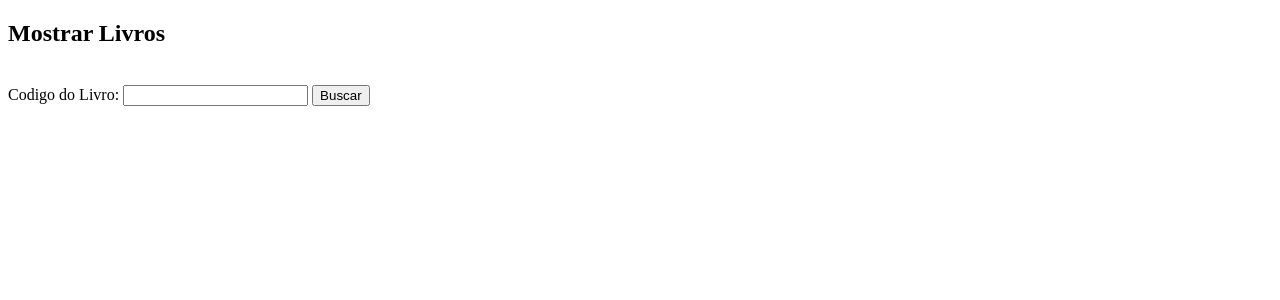
Repository: SrtaVerdant/projeto-livraria
Page: http://localhost/ProjetoLivraria/pesquisaLivroPorId.jsp
The author's editor kept a copy of each file at every save. The page is drawn from the files as they stood at one save, then again after the next save.
The browser window is 1280 px wide. The pictures show the whole page.
The page is served by Tomcat 9. Other server files are loaded and not shown.

Above is the page before, as saved 2022-10-30 14:54:32.

### ProjetoLivraria/src/main/webapp/pesquisaLivroPorId.jsp
<%@ page language="java" contentType="text/html; charset=UTF-8"
    pageEncoding="UTF-8"%>
<!DOCTYPE html>
<html>
<head>
<meta charset="UTF-8">
<title>Pesquisar por ID</title>
</head>
<body>
	<h2> Mostrar Livros</h2><br>
	<form action="mostrarLivros">
	<label> Codigo do Livro:</label>
	<input type="text" name="codLivro">
	<button type="submit">Buscar</button>

	</form>
</body>
</html>

After the next save:
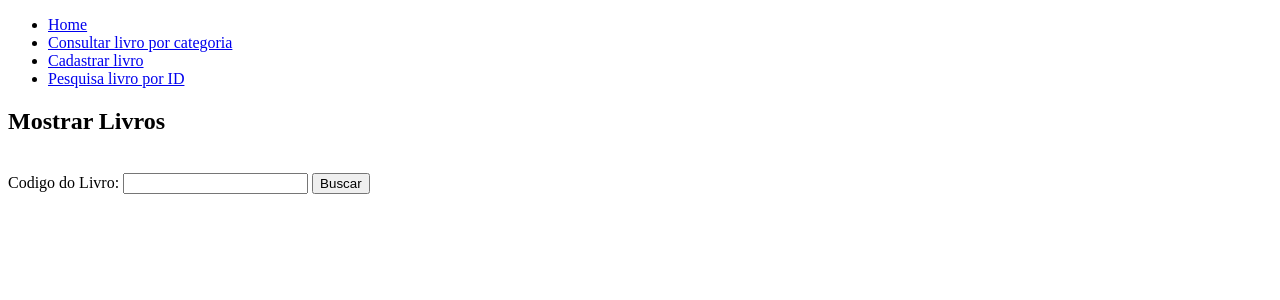
Saved 24 s later.
--- a/ProjetoLivraria/src/main/webapp/pesquisaLivroPorId.jsp
+++ b/ProjetoLivraria/src/main/webapp/pesquisaLivroPorId.jsp
@@ -7,6 +7,25 @@
 <title>Pesquisar por ID</title>
 </head>
 <body>
+
+	<nav class="navbar navbar-expand-lg navbar-light bg-light">
+	  <div class="collapse navbar-collapse" id="navbarNav">
+	    <ul class="navbar-nav">
+	     <li class="nav-item active">
+	        <a class="nav-link" href="index.jsp">Home</a>
+	      </li>
+	   		<li class="nav-item active">
+	        <a class="nav-link" href="consultar.jsp">Consultar livro por categoria</a>
+	      </li>
+	      <li class="nav-item active">
+	        <a class="nav-link" href="adicionar.jsp">Cadastrar livro</a>
+	      </li>
+	      <li class="nav-item">
+	        <a class="nav-link" href="pesquisaLivroPorId.jsp">Pesquisa livro por ID</a>
+	      </li>
+	    </ul>
+	  </div>
+	</nav>
 	<h2> Mostrar Livros</h2><br>
 	<form action="mostrarLivros">
 	<label> Codigo do Livro:</label>
